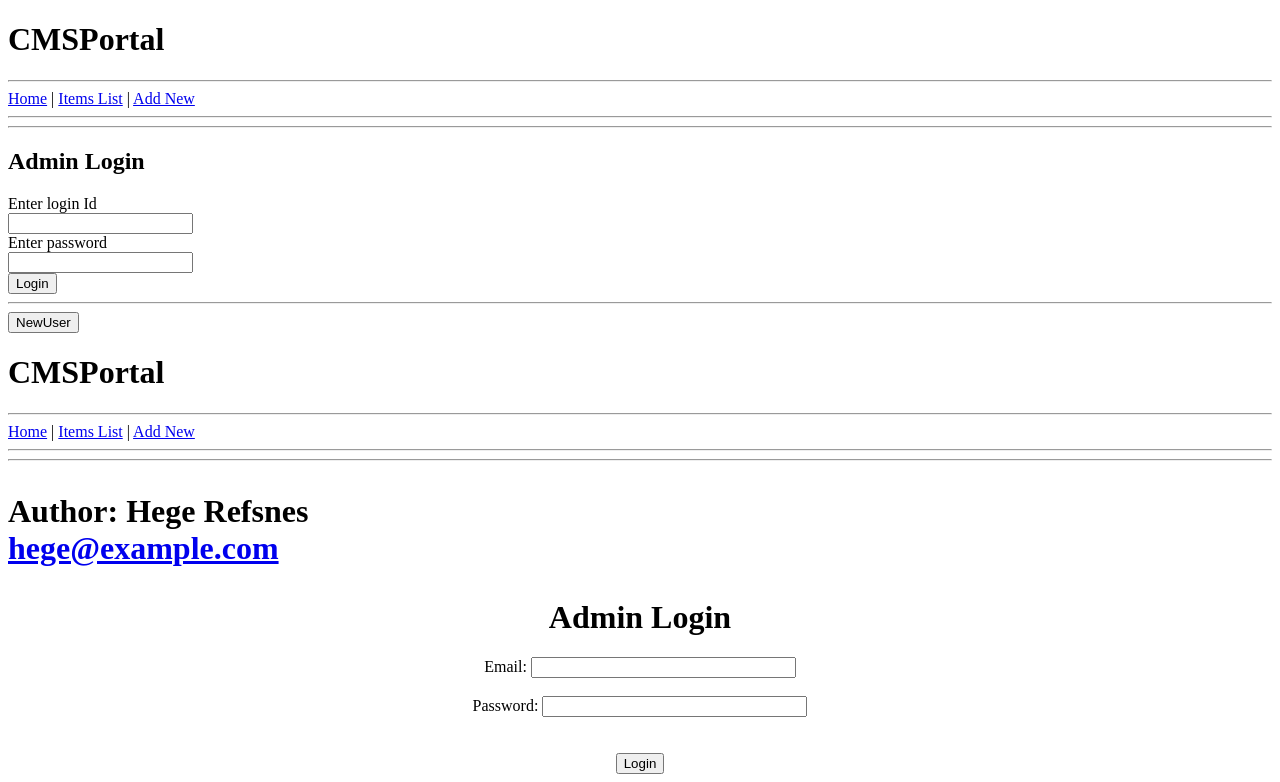
Repository: phanisree-chava/Test
Page: http://localhost/CoronakitManagementPortal/
These files come from the project's save history. The page is drawn as it stood at one moment and after the next save; the edit follows.
The browser window is 1280 px wide. The pictures show the whole page.
The page is served by Tomcat 9. Other server files are loaded and not shown.

Above is the page before, as saved 2020-08-23 09:35:20.

### CoronakitManagementPortal/WebContent/index.jsp
<%@ page language="java" contentType="text/html; charset=ISO-8859-1"
    pageEncoding="ISO-8859-1"%>

    <%@ taglib uri="http://java.sun.com/jstl/core_rt" prefix="c" %>
<!DOCTYPE html>
<html>
<head>
<meta charset="ISO-8859-1">
<title>Corona Kit-Home</title>
</head>
<body>
<div>
<jsp:include page="header.jsp"/>
<hr/>
	<h2>Admin Login</h2>
	<form action="admin?action=login" method="post">
		<div>
			<div><label for="loginid">Enter login Id</label> </div>
			<div><input type="text" id="loginid" name="loginid"> </div>
		</div>
		<div>
			<div><label for="password">Enter password</label> </div>
			<div><input type="text" id="password" name="password"> </div>
		</div>
		<div>
			<div><input type="submit" value="Login"> </div>
		</div>
	</form>
</div>
<hr/>
<div>
	<a href="user?action=newuser"><button>NewUser</button></a>
</div>
<%@ taglib prefix="c" uri="http://java.sun.com/jstl/core_rt" %>

<html>
	<head>
		<title>IMS - Home</title>
	</head>
	<body>
		<jsp:include page="header.jsp" />

		<c:if test="${msg != null}">
			<p><strong>${msg }</strong>
		</c:if>
	</body>
</html>


<hr/>
	<jsp:include page="footer.jsp"/>
</body>
</html>


<html>
<head>
<meta charset="utf-8">
<title>Bookshop Website</title>
</head>
<body>
    <div style="text-align: center">
        <h1>Admin Login</h1>
        <form action="login" method="post">
            <label for="email">Email:</label>
            <input name="email" size="30" />
            <br><br>
            <label for="password">Password:</label>
            <input type="password" name="password" size="30" />
            <br>${message}
            <br><br>
            <button type="submit">Login</button>
        </form>
    </div>
</body>
</html>

### CoronakitManagementPortal/WebContent/header.jsp
<h1>CMSPortal</h1>
	<hr />
		<nav>
			<a href="index.jsp">Home</a>
			<span>|</span>
			<a href="listproducts.jsp">Items List</a>
			<span>|</span>
			<a href="newproduct.jsp">Add New</a>
		</nav>
	<hr />

### CoronakitManagementPortal/WebContent/footer.jsp
<h1>
<footer>
  <p>Author: Hege Refsnes<br>
  <a href="mailto:hege@example.com">hege@example.com</a></p>
</footer>

</h1>

After the next save:
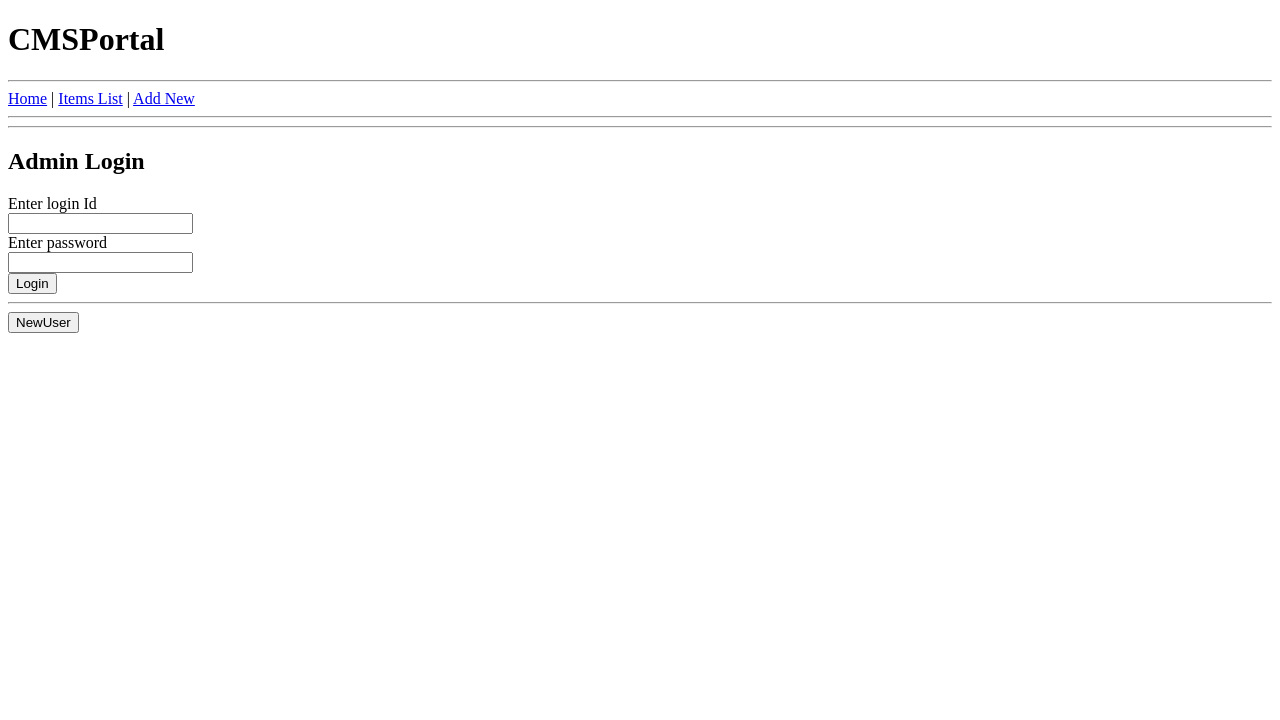
Saved 12 s later.
--- a/CoronakitManagementPortal/WebContent/index.jsp
+++ b/CoronakitManagementPortal/WebContent/index.jsp
@@ -31,46 +31,3 @@
 <div>
 	<a href="user?action=newuser"><button>NewUser</button></a>
 </div>
-<%@ taglib prefix="c" uri="http://java.sun.com/jstl/core_rt" %>
-
-<html>
-	<head>
-		<title>IMS - Home</title>
-	</head>
-	<body>
-		<jsp:include page="header.jsp" />
-
-		<c:if test="${msg != null}">
-			<p><strong>${msg }</strong>
-		</c:if>
-	</body>
-</html>
-
-
-<hr/>
-	<jsp:include page="footer.jsp"/>
-</body>
-</html>
-
-
-<html>
-<head>
-<meta charset="utf-8">
-<title>Bookshop Website</title>
-</head>
-<body>
-    <div style="text-align: center">
-        <h1>Admin Login</h1>
-        <form action="login" method="post">
-            <label for="email">Email:</label>
-            <input name="email" size="30" />
-            <br><br>
-            <label for="password">Password:</label>
-            <input type="password" name="password" size="30" />
-            <br>${message}
-            <br><br>
-            <button type="submit">Login</button>
-        </form>
-    </div>
-</body>
-</html>
